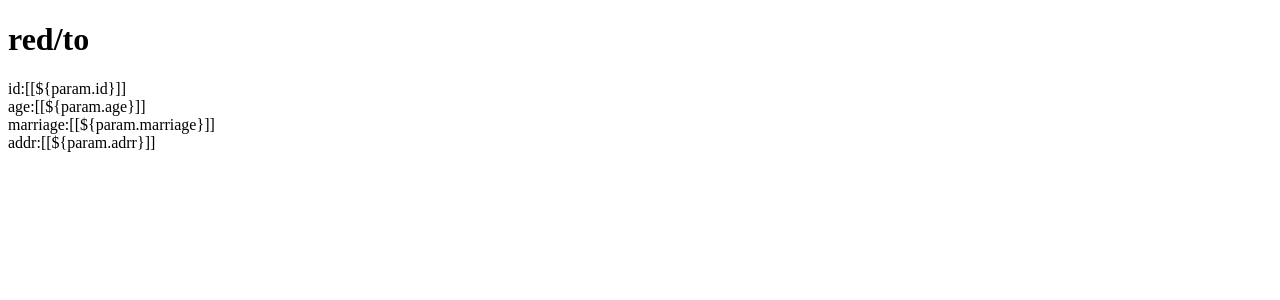
Repository: Yousehyeon/spring_work
Page: stsMvcProj/src/main/webapp/views/red/to.html
These files come from the project's save history. The page is drawn as it stood at one moment and after the next save; the edit follows.
The browser window is 1280 px wide. The pictures show the whole page.

Above is the page before, as saved 2023-08-24 03:29:50.

After the next save:
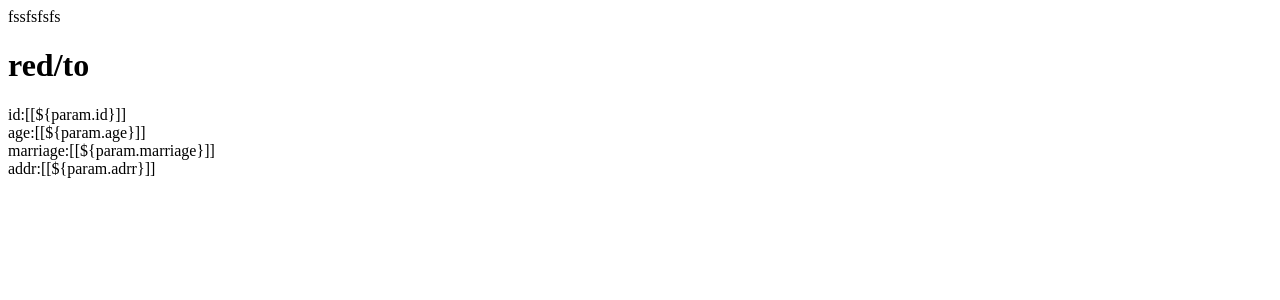
Saved 14 s later.
--- a/stsMvcProj/src/main/webapp/views/red/to.html
+++ b/stsMvcProj/src/main/webapp/views/red/to.html
@@ -5,6 +5,9 @@
 <title>red/to</title>
 </head>
 <body>
+	<th:block layout:fragment="zzz">
+		fssfsfsfs
+	</th:block>
 <h1>red/to</h1>
 id:[[${param.id}]]<br/>
 age:[[${param.age}]]<br/>
